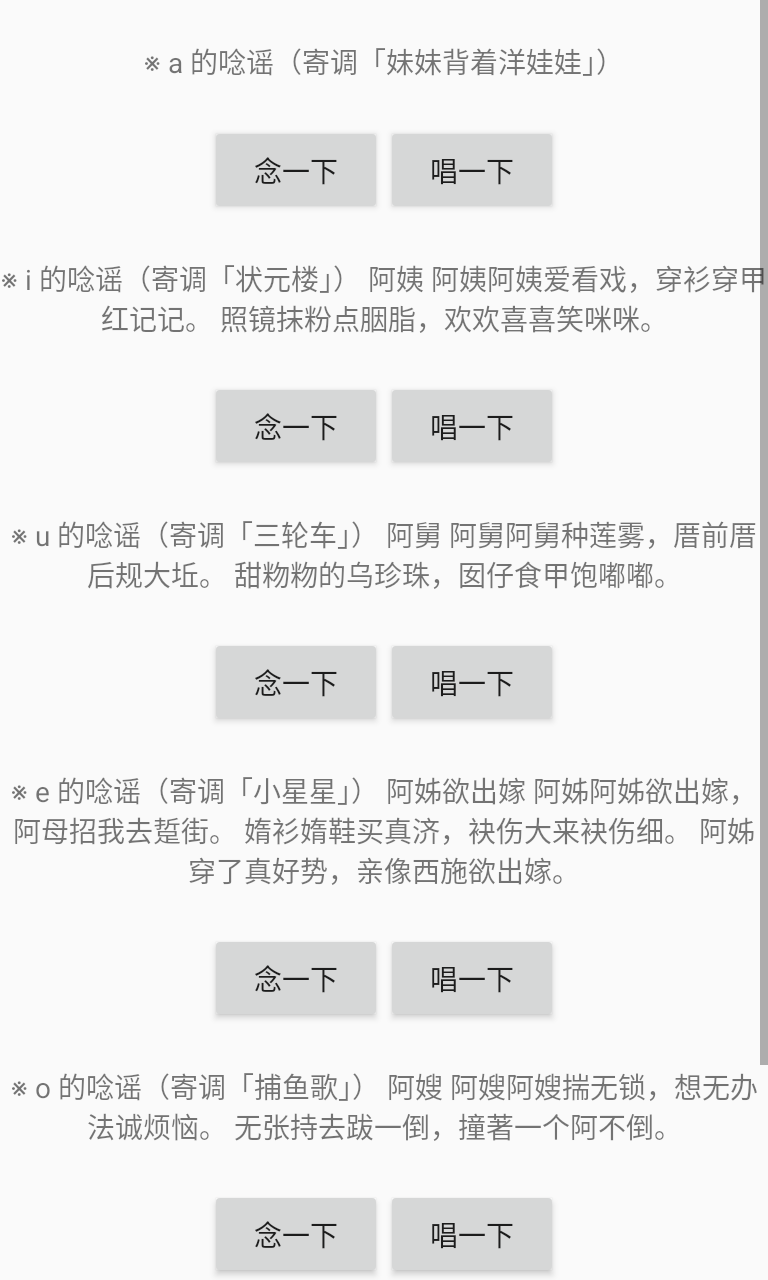
Repository: DIRONY/MinXue
Layout: MinXue/res/layout/fragment_nianyao.xml
An editor plug-in stored every save of this project. The layout is shown before and after the next save, followed by the edit.
It is drawn on a 768 x 1280 px phone screen (xhdpi) without system bars, with theme AppTheme; the app's code is not run.

Above is the layout before, as saved 2014-12-03 06:28:51.

### MinXue/res/layout/fragment_nianyao.xml
<?xml version="1.0" encoding="utf-8"?>
<ScrollView xmlns:android="http://schemas.android.com/apk/res/android"
    android:layout_width="match_parent"
    android:layout_height="match_parent" >

    <LinearLayout
        android:layout_width="match_parent"
        android:layout_height="wrap_content"
        android:orientation="vertical" >

        <TextView
            android:layout_width="match_parent"
            android:layout_height="wrap_content"
            android:layout_gravity="fill_vertical"
            android:layout_marginTop="20dp"
            android:gravity="center"
            android:text="※ a 的唸谣（寄调「妹妹背着洋娃娃」）"/>

        <LinearLayout
            android:layout_width="wrap_content"
            android:layout_height="wrap_content"
            android:layout_gravity="center"
            android:layout_marginTop="20dp"
            android:orientation="horizontal" >

            <Button
                android:id="@+id/a_read"
                android:layout_width="wrap_content"
                android:layout_height="wrap_content"
                style="?android:attr/button"
                android:text="念一下" />

            <Button
                android:id="@+id/a_sing"
                android:layout_width="wrap_content"
                android:layout_height="wrap_content"
                style="?android:attr/button"
                android:text="唱一下" />
        </LinearLayout>

        <TextView
            android:layout_width="match_parent"
            android:layout_height="wrap_content"
            android:layout_gravity="fill_vertical"
            android:layout_marginTop="20dp"
            android:gravity="center"
            android:text="※ i 的唸谣（寄调「状元楼」）
阿姨
阿姨阿姨爱看戏，穿衫穿甲红记记。
照镜抹粉点胭脂，欢欢喜喜笑咪咪。" />

        <LinearLayout
            android:layout_width="wrap_content"
            android:layout_height="wrap_content"
            android:layout_gravity="center"
            android:layout_marginTop="20dp"
            android:orientation="horizontal" >

            <Button
                android:id="@+id/i_read"
                style="?android:attr/button"
                android:layout_width="wrap_content"
                android:layout_height="wrap_content"
                android:text="念一下" />

            <Button
                android:id="@+id/i_sing"
                style="?android:attr/button"
                android:layout_width="wrap_content"
                android:layout_height="wrap_content"
                android:text="唱一下" />
        </LinearLayout>

        <TextView
            android:layout_width="match_parent"
            android:layout_height="wrap_content"
            android:layout_gravity="fill_vertical"
            android:layout_marginTop="20dp"
            android:gravity="center"
            android:text="※ u 的唸谣（寄调「三轮车」）
阿舅
阿舅阿舅种莲雾，厝前厝后规大坵。
甜粅粅的乌珍珠，囡仔食甲饱嘟嘟。" />
         <LinearLayout
            android:layout_width="wrap_content"
            android:layout_height="wrap_content"
            android:layout_gravity="center"
            android:layout_marginTop="20dp"
            android:orientation="horizontal" >

            <Button
                android:id="@+id/u_read"
                style="?android:attr/button"
                android:layout_width="wrap_content"
                android:layout_height="wrap_content"
                android:text="念一下" />

            <Button
                android:id="@+id/u_sing"
                style="?android:attr/button"
                android:layout_width="wrap_content"
                android:layout_height="wrap_content"
                android:text="唱一下" />
        </LinearLayout>
         <TextView
            android:layout_width="match_parent"
            android:layout_height="wrap_content"
            android:layout_gravity="fill_vertical"
            android:layout_marginTop="20dp"
            android:gravity="center"
            android:text="※ e 的唸谣（寄调「小星星」）
阿姊欲出嫁
阿姊阿姊欲出嫁，阿母招我去踅街。
媠衫媠鞋买真济，袂伤大来袂伤细。
阿姊穿了真好势，亲像西施欲出嫁。" />
          <LinearLayout
            android:layout_width="wrap_content"
            android:layout_height="wrap_content"
            android:layout_gravity="center"
            android:layout_marginTop="20dp"
            android:orientation="horizontal" >

            <Button
                android:id="@+id/e_read"
                style="?android:attr/button"
                android:layout_width="wrap_content"
                android:layout_height="wrap_content"
                android:text="念一下" />

            <Button
                android:id="@+id/e_sing"
                style="?android:attr/button"
                android:layout_width="wrap_content"
                android:layout_height="wrap_content"
                android:text="唱一下" />
        </LinearLayout>
         <TextView
            android:layout_width="match_parent"
            android:layout_height="wrap_content"
            android:layout_gravity="fill_vertical"
            android:layout_marginTop="20dp"
            android:gravity="center"
            android:text="※ o 的唸谣（寄调「捕鱼歌」）
阿嫂
阿嫂阿嫂揣无锁，想无办法诚烦恼。
无张持去跋一倒，撞著一个阿不倒。" />
           <LinearLayout
            android:layout_width="wrap_content"
            android:layout_height="wrap_content"
            android:layout_gravity="center"
            android:layout_marginTop="20dp"
            android:orientation="horizontal" >

            <Button
                android:id="@+id/o_read"
                style="?android:attr/button"
                android:layout_width="wrap_content"
                android:layout_height="wrap_content"
                android:text="念一下" />

            <Button
                android:id="@+id/o_sing"
                style="?android:attr/button"
                android:layout_width="wrap_content"
                android:layout_height="wrap_content"
                android:text="唱一下" />
        </LinearLayout>
          <TextView
            android:layout_width="match_parent"
            android:layout_height="wrap_content"
            android:layout_gravity="fill_vertical"
            android:layout_marginTop="20dp"
            android:gravity="center"
            android:text="※ oo 的唸谣（寄调「小甜甜」）
阿祖
阿祖阿祖起烘炉，鰇鱼烘甲酥稣稣。
芳味冲甲规条路，孙仔食甲揽腹肚。" />
            <LinearLayout
            android:layout_width="wrap_content"
            android:layout_height="wrap_content"
            android:layout_gravity="center"
            android:layout_marginTop="20dp"
            android:orientation="horizontal" >

            <Button
                android:id="@+id/oo_read"
                style="?android:attr/button"
                android:layout_width="wrap_content"
                android:layout_height="wrap_content"
                android:text="念一下" />

            <Button
                android:id="@+id/oo_sing"
                style="?android:attr/button"
                android:layout_width="wrap_content"
                android:layout_height="wrap_content"
                android:text="唱一下" />
        </LinearLayout>
    </LinearLayout>
</ScrollView>

### MinXue/res/drawable/actionbar_tab_indicator.xml
<?xml version="1.0" encoding="utf-8"?>
<selector xmlns:android="http://schemas.android.com/apk/res/android" >
    <!-- STATES WHEN BUTTON IS NOT PRESSED -->

    <!-- Non focused states -->
    <item android:state_focused="false" android:state_selected="false"
          android:state_pressed="false"
          android:drawable="@color/softyellow" />
    <item android:state_focused="false" android:state_selected="true"
          android:state_pressed="false"
          android:drawable="@color/softred" />

    <!-- Focused states (such as when focused with a d-pad or mouse hover) -->
    <item android:state_focused="true" android:state_selected="false"
          android:state_pressed="false"
          android:drawable="@color/softyellow" />
    <item android:state_focused="true" android:state_selected="true"
          android:state_pressed="false"
          android:drawable="@color/softred" />


<!-- STATES WHEN BUTTON IS PRESSED -->

    <!-- Non focused states -->
    <item android:state_focused="false" android:state_selected="false"
          android:state_pressed="true"
          android:drawable="@color/softyellow" />
    <item android:state_focused="false" android:state_selected="true"
        android:state_pressed="true"
        android:drawable="@color/softred" />

    <!-- Focused states (such as when focused with a d-pad or mouse hover) -->
    <item android:state_focused="true" android:state_selected="false"
          android:state_pressed="true"
          android:drawable="@color/softyellow" />
    <item android:state_focused="true" android:state_selected="true"
          android:state_pressed="true"
          android:drawable="@color/softred" />

</selector>

### MinXue/res/values/color.xml
<?xml version="1.0" encoding="utf-8"?>
<resources>
    <color name="deepblue">#0067a6</color>
    <color name="tab_background_color">#f2e7da</color>
    <color name="softgreen">#008972</color>
    <color name="softyellow">#efc028</color>
    <color name="softred">#f2572d</color>

</resources>

Loaded but not shown: MinXue/res/values/styles.xml (common file); MinXue/res/values-v11/styles.xml (common file); MinXue/res/values-v14/styles.xml (common file)

After the next save:
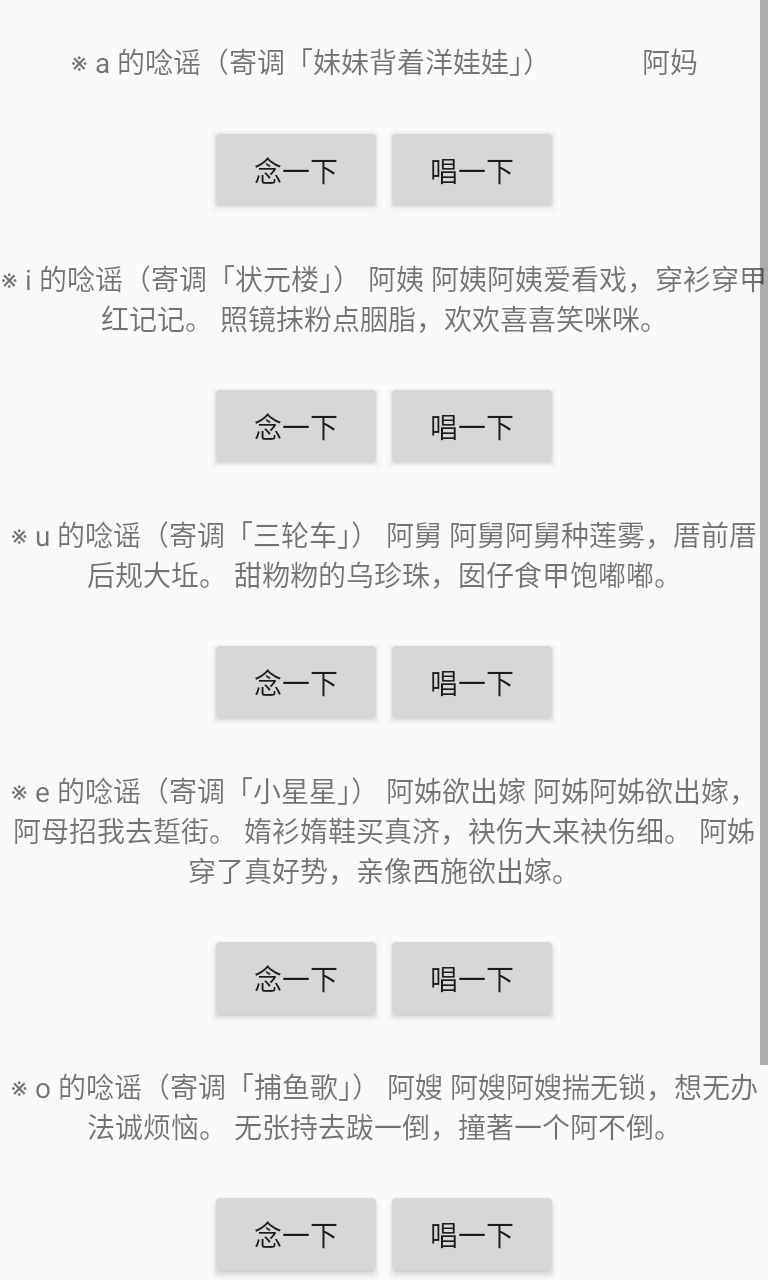
Saved 2 min 55 s later.
--- a/MinXue/res/layout/fragment_nianyao.xml
+++ b/MinXue/res/layout/fragment_nianyao.xml
@@ -14,7 +14,8 @@
             android:layout_gravity="fill_vertical"
             android:layout_marginTop="20dp"
             android:gravity="center"
-            android:text="※ a 的唸谣（寄调「妹妹背着洋娃娃」）"/>
+            android:text="※ a 的唸谣（寄调「妹妹背着洋娃娃」）
+            阿妈"/>
 
         <LinearLayout
             android:layout_width="wrap_content"
